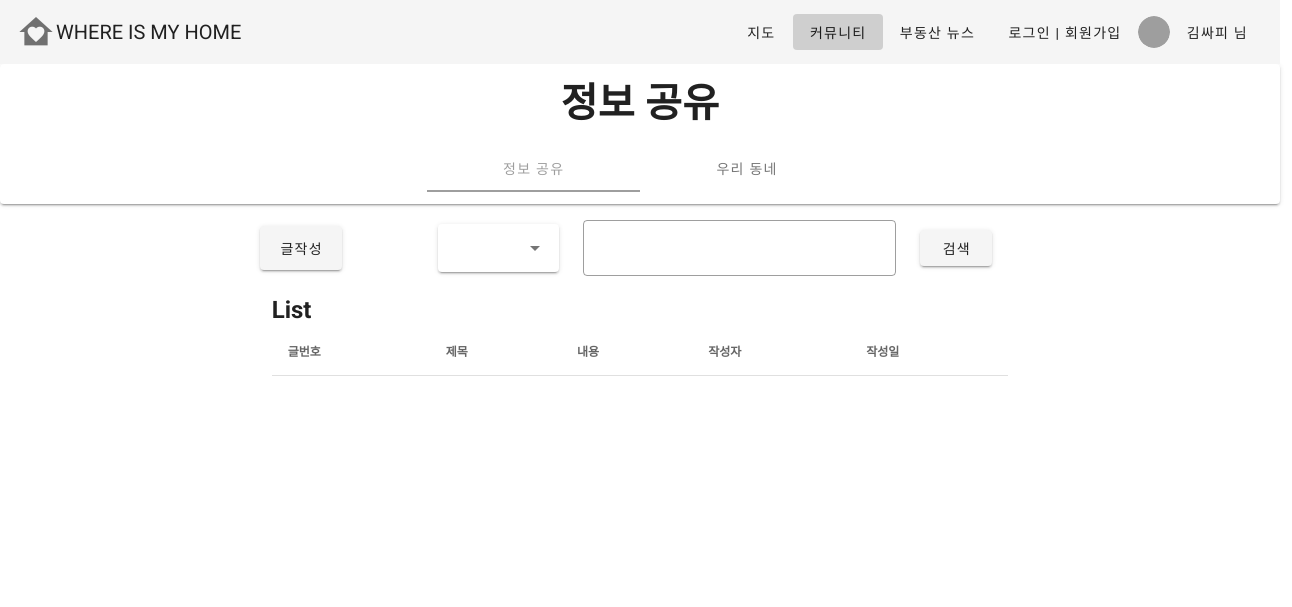
Repository: misso88/vue-whereIsMyHome
Page: /community/list
An editor plug-in stored every save of this project. The page is shown before and after a run of saves, followed by the edit.
The browser window is 1280 px wide. The page is 1292 px wide, so the pictures cover 1292 px, including what lies to the right of the window. The pictures show the whole page.
Pictures or frames that could not be fetched are drawn as grey boxes. The project was rebuilt for these pictures with package versions that can differ from the ones it lists, and the page was loaded fresh each time. Also part of the build but not shown: vue.config.js, src/components/house/map/filter/LocationSelect.vue, src/components/house/HouseSearch.vue, src/views/AppMain.vue, src/components/house/sidebar/HouseListItem.vue, src/components/house/sidebar/HouseList.vue, src/components/house/sidebar/HouseListFilter.vue, src/components/house/sidebar/HouseSidebar.vue and 3 more. Imported but missing from the stored project, and not drawn on this page: src/assets/main.mp4.

Above is the page before, as saved 2022-11-21 09:49:22.

After the next 4 saves:
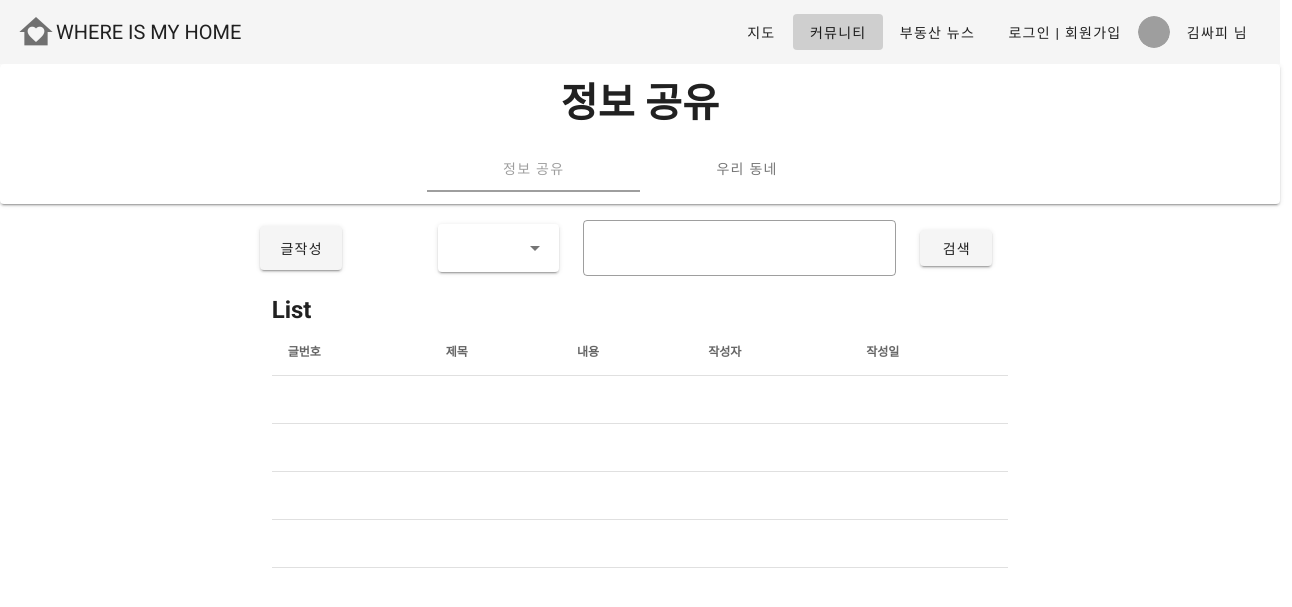
The 4 saves are shown as one change because they came seconds apart.
The last was saved 26 s later.
--- a/src/components/board/item/BoardListItem.vue
+++ b/src/components/board/item/BoardListItem.vue
@@ -1,13 +1,11 @@
 <template>
-  <router-link :to="{ name: 'boarddetail', params: { articleno: articleno } }">
-    <tr>
+    <tr :to="{ name: 'boarddetail', params: { articleno: articleno } }">
       <td>{{ articleno }}</td>
       <th>{{ subject }}</th>
       <td>{{ author }}</td>
       <td>{{ hit }}</td>
       <td>{{ registerDate }}</td>
     </tr>
-  </router-link>
 </template>
 
 <script>
